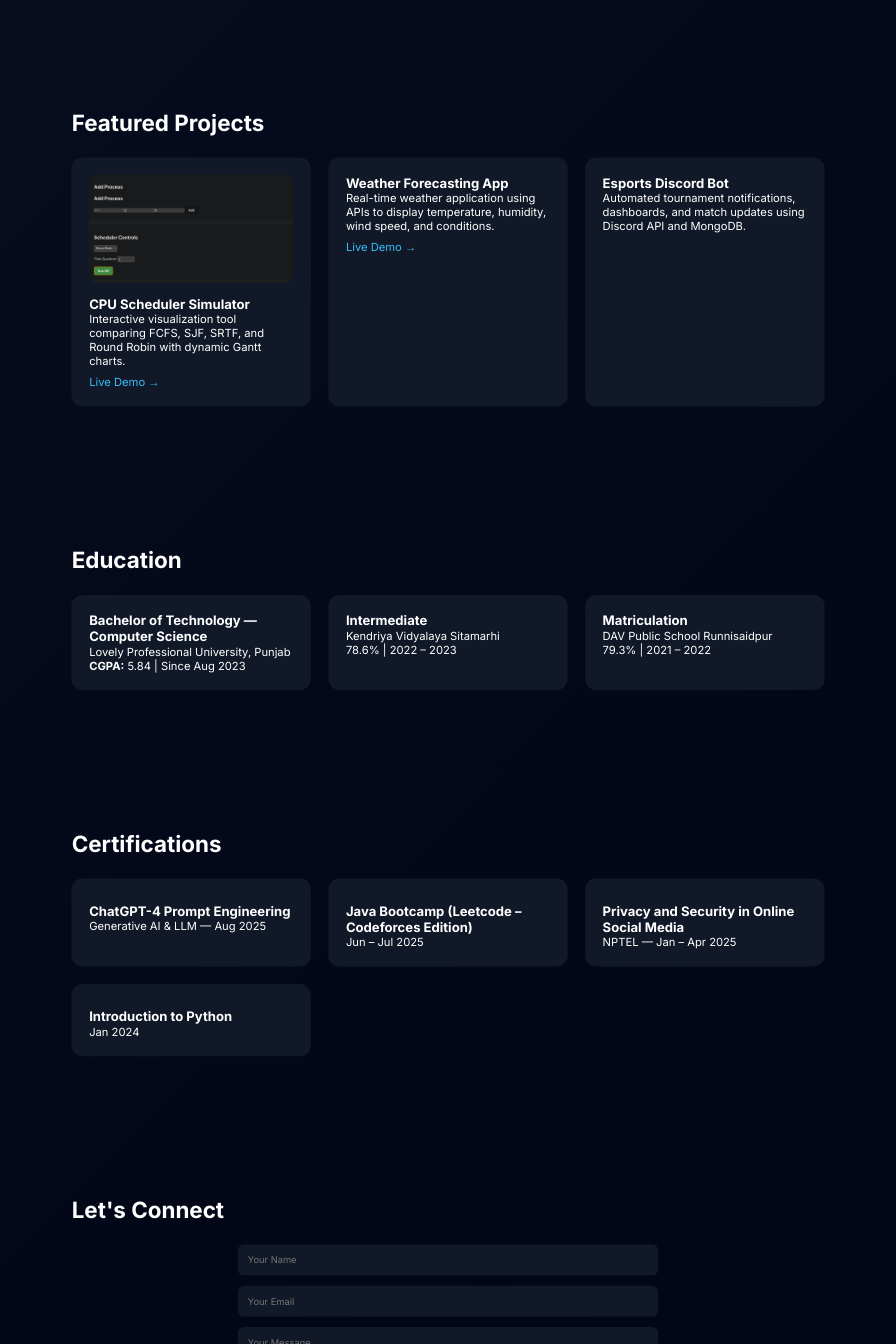
Repository: Aditya2419/My-Portfolio
Page: index.html
These files come from the project's save history. The page is drawn as it stood at one moment and after the next save; the edit follows.
The browser window is 1280 px wide. The pictures show the part of the page from y = 1817 to 3737 px (the page is 4032 px tall before and 4239 px after), at 70% of full size.

Above is the page before, as saved 2026-02-12 01:33:10.

After the next save:
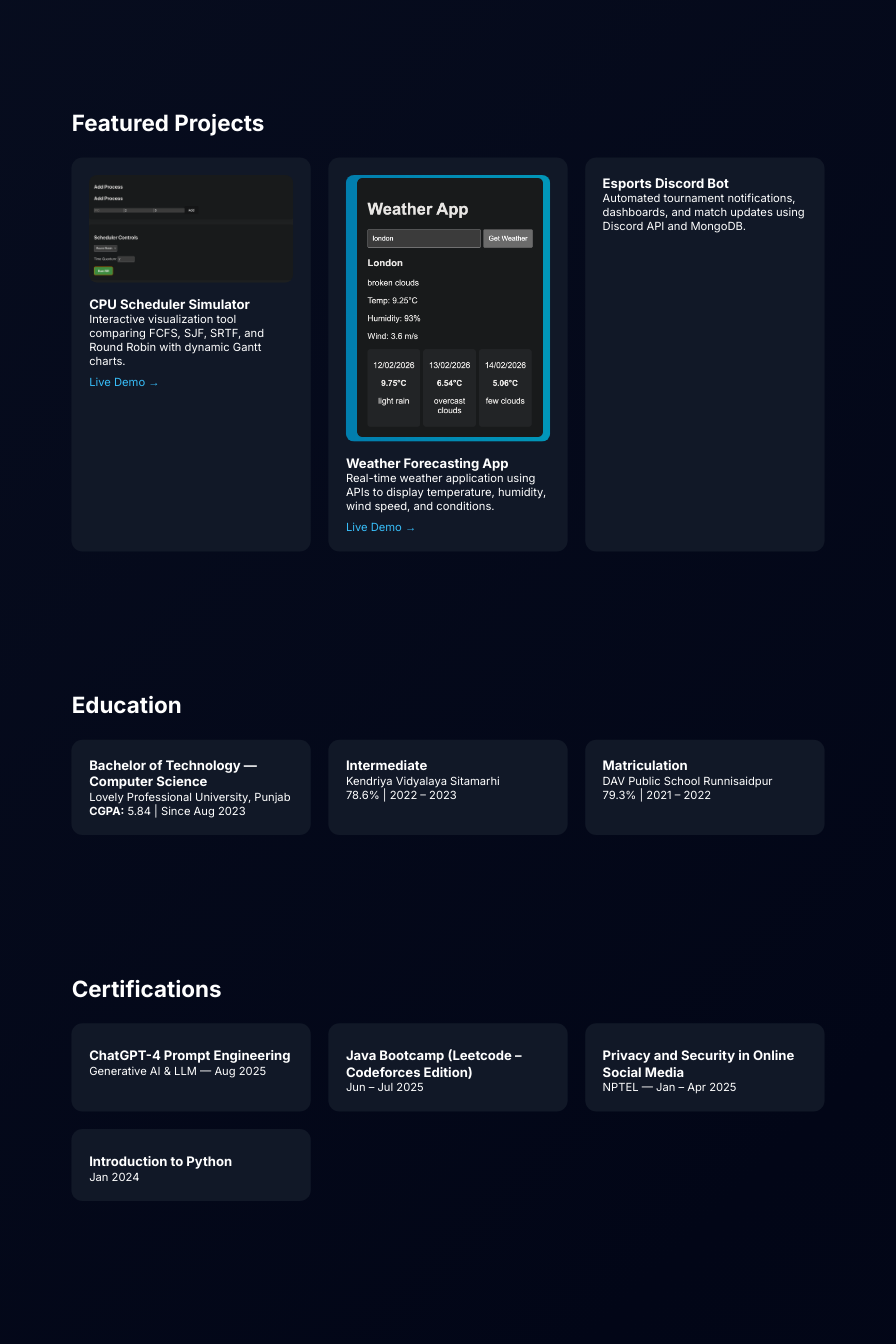
Saved 75 s later.
--- a/index.html
+++ b/index.html
@@ -192,6 +192,7 @@
 
 
 <div class="card">
+    <img src="images/weather.png" class="project-img">
 <h3>Weather Forecasting App</h3>
 
 <p>
